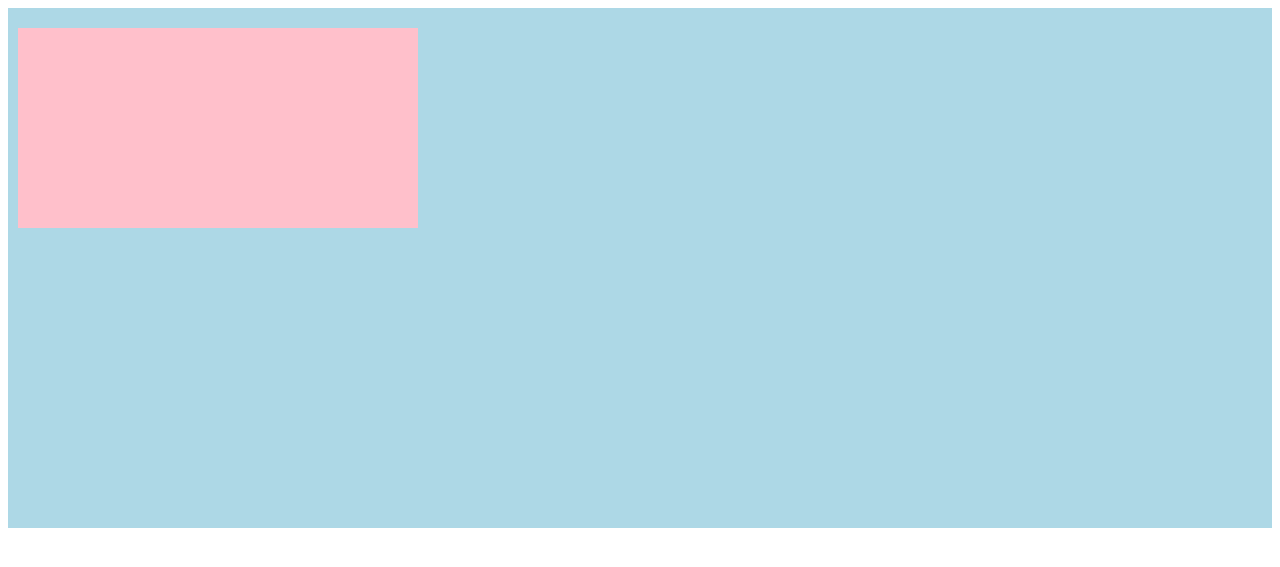
Repository: Codigo404q/html-css
Page: exercicios/ex022/fundo007.html
The author's editor kept a copy of each file at every save. The page is drawn from the files as they stood at one save, then again after a run of saves.
The browser window is 1280 px wide. The pictures show the whole page.

Above is the page before, as saved 2024-01-06 21:43:34.

### exercicios/ex022/fundo007.html
<!DOCTYPE html>
<html lang="pt-br">
<head>
    <meta charset="UTF-8">
    <meta name="viewport" content="width=device-width, initial-scale=1.0">
    <title>Alinhamento Vertical</title>
    <style>
        #container {
            position: relative;
            height: 500px;
            padding: 10px;
            background-color: lightblue;
        }

        #conteudo {
            position: absolute;
            height: 200px;
            width: 400px;
            background-color: pink;


            left: 10px;
            top: 20px;
        }
    </style>
</head>
<body>
    <section id="container">
        <article id="conteudo">

        </article>
    </section>
</body>
</html>

After the next 2 saves:
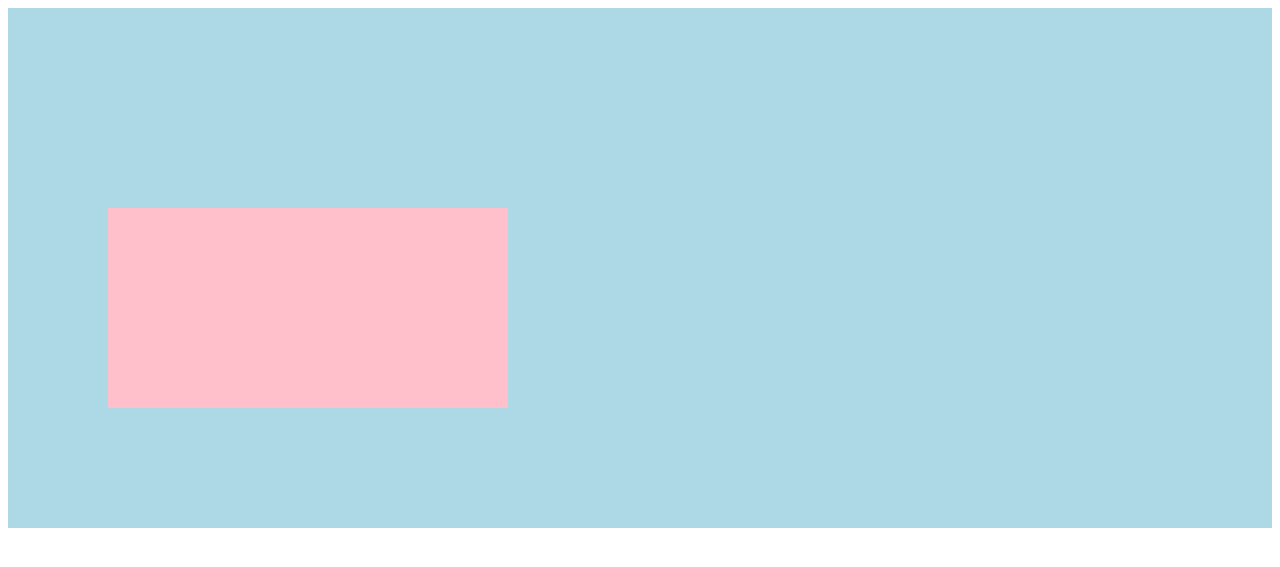
The 2 saves are shown as one change because they came seconds apart.
The last was saved 13 s later.
--- a/exercicios/ex022/fundo007.html
+++ b/exercicios/ex022/fundo007.html
@@ -19,8 +19,8 @@
             background-color: pink;
 
 
-            left: 10px;
-            top: 20px;
+            left: 100px;
+            top: 200px;
         }
     </style>
 </head>
